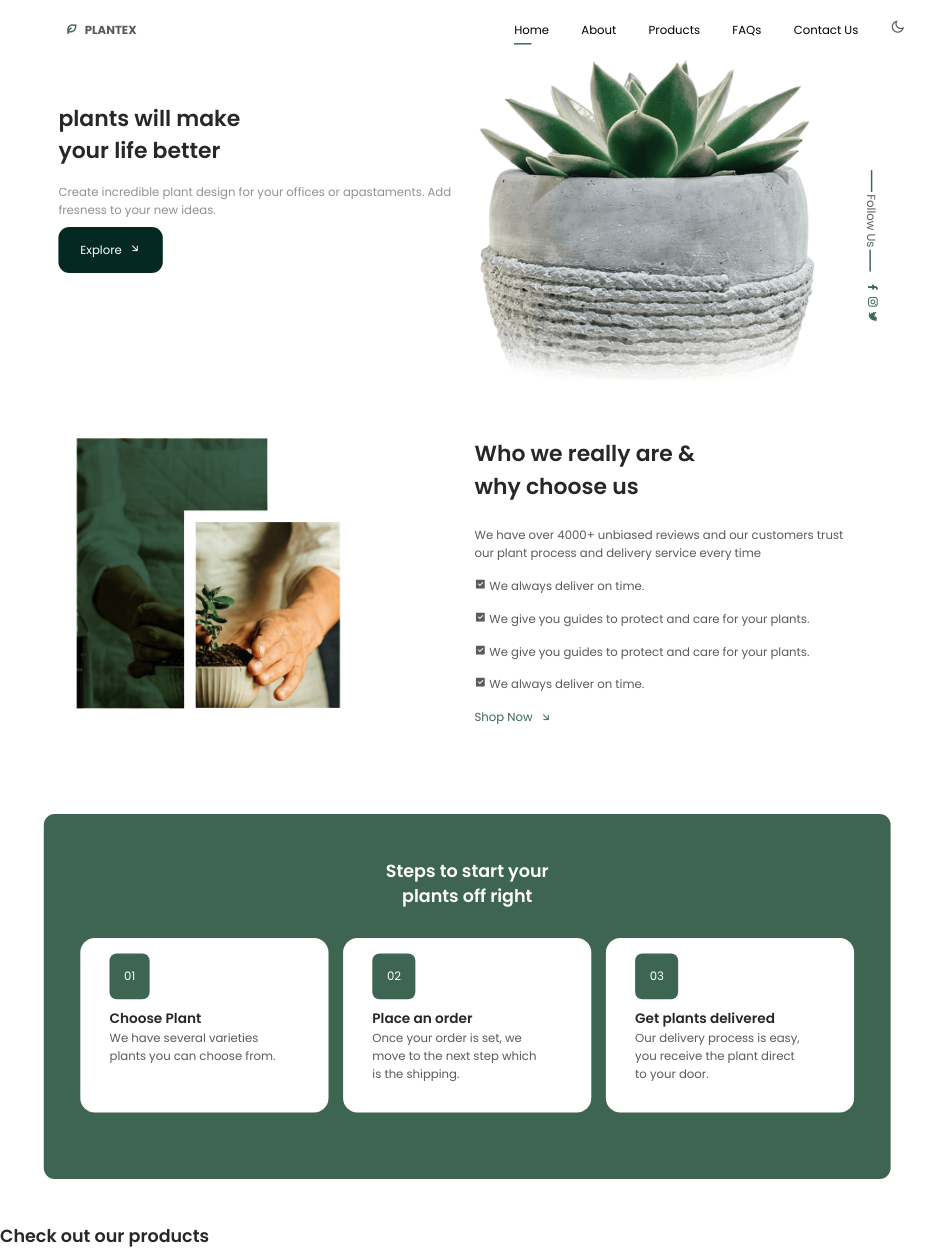
Repository: OmniaRafat232111121/plantwebsite
Page: index.html
These files come from the project's save history. The page is drawn as it stood at one moment and after a run of saves; the edit follows.
The browser window is 1280 px wide. The pictures show the whole page, at 73% of full size.

Above is the page before, as saved 2023-01-05 05:57:57.

### index.html
<!DOCTYPE html>
<html lang="en">
<head>
    <meta charset="UTF-8">
    <meta http-equiv="X-UA-Compatible" content="IE=edge">
    <meta name="viewport" content="width=device-width, initial-scale=1.0">
    <title>plant-website</title>
      <!--icon web-->
    <link rel="shortcut icon" href="assets/img/favicon.png" type="image/x-icon">
    <!--css style-->
    <link rel="stylesheet" href="./assets/css/styles.css">
    <!--remix icon-->
    <link href="https://cdn.jsdelivr.net/npm/remixicon@2.5.0/fonts/remixicon.css" rel="stylesheet">
</head>
<body>
<!--header-->
<header class="header" id="header">
<div class="container-header">
    <a class="nav_logo">
   <i class="ri-leaf-line nav_logo-icon "></i>Plantex
</a>

<nav class="nav_menu" id="nav_menu">
    <ul class="nav_list" id="nav_list">
        <li class="nav_item" id="nav_item">
                            <a href="#home" class="nav_link active-link">Home</a>
                        </li>
                        <li class="nav__item">
                            <a href="#about" class="nav_link">About</a>
                        </li>
                        <li class="nav__item">
                            <a href="#products" class="nav_link">Products</a>
                        </li>
                        <li class="nav__item">
                            <a href="#faqs" class="nav_link">FAQs</a>
                        </li>
                        <li class="nav__item">
                            <a href="#contact" class="nav_link">Contact Us</a>
                        </li>
                        <li class="mood">
       <i class= "ri-moon-line change-theme" id="theme-button"></i>

    </li>



    </ul>

    <div class="nav-close" id="nav_close">
        <i class="ri-close-line"></i>

    </div>
    <div  class="nav-btns">
   <i class= "ri-moon-line change-theme" id="theme-button"></i>
    <div class="nav-toggle" id="navToggle">
      <i class="ri-menu-line"></i>
    </div>
   </div>
    </div>
</nav>
</div>

</header>


    <!--home start-->
    <section class="home" id="home">
        <div class="home-container">
            <div class="left-content">
                <h1 class="home-title">plants will make <br>
                    your life better</h1>
                <p class="home-des">Create incredible plant design for your offices or apastaments. Add fresness to your new ideas.</p>
              <a>Explore<i class="ri-arrow-right-down-line button__icon"></i></a>
            </div>
            <div class="right-content">
            <img src="./assets/img/home.png" alt=""/>
            <div class=social_icons>
                 <span class="home__social-follow">Follow Us</span>

                        <div class="home__social-links">
                            <a href="https://www.facebook.com/" target="_blank" class="home__social-link">
                                <i class="ri-facebook-fill"></i>
                            </a>
                            <a href="https://www.instagram.com/" target="_blank" class="home__social-link">
                                <i class="ri-instagram-line"></i>
                            </a>
                            <a href="https://twitter.com/" target="_blank" class="home__social-link">
                                <i class="ri-twitter-fill"></i>
                            </a>
                        </div>

            </div>

        </div>

    </section>
 <!--home end-->
 <!--about start-->
 <section class="about" id="about">
    <div class="about-container">
        <div class="left-about">
          <img src="./assets/img/about.png" alt="image-about"/>
        </div>
        <div class="right-about">
            <h2 class="about-title">Who we really are &<br>why choose us</h2>
            <p class="about-desc">We have over 4000+ unbiased reviews and our customers trust our plant process and delivery service every time</p>
             <div class="about-deatails">
                <p class="about-description">
                      <i class="ri-checkbox-fill about__details-icon"></i>
                       We always deliver on time.
                </p>
                 <p class="about-description">
                      <i class="ri-checkbox-fill about__details-icon"></i>
                      We give you guides to protect and care for your plants.
                </p>

                 <p class="about-description">
                      <i class="ri-checkbox-fill about__details-icon"></i>
                      We give you guides to protect and care for your plants.
                </p>

                 <p class="about-description">
                      <i class="ri-checkbox-fill about__details-icon"></i>
                       We always deliver on time.
                </p>


             </div>
              <a href="#" class="button-link">
                            Shop Now <i class="ri-arrow-right-down-line button__icon"></i>
                        </a>
        </div>

    </div>

 </section>

 <!--about end-->
 <!--steps start-->
 <section class="steps">
    <div class="steps-container">
        <h2>Steps to start your<br>
            plants off right</h2>
            <div class="about-boxes">
                <div class="box">
                <span>01</span>
                <h3>Choose Plant</h3>
                <p>
                    We have several varieties
                    <br>plants you can choose from.
                </p>
                </div>
                  <div class="box">
                <span>02</span>
                <h3>Place an order</h3>
                <p>
                   Once your order is set, we<br>
                    move to the next step which<br>
                     is the shipping.
                </p>
                </div>

                 <div class="box">
                <span>03</span>
                <h3>Get plants delivered</h3>
                <p>
                   Our delivery process is easy,
                   <br> you receive the plant direct
                   <br>to your door.


                </p>
                </div>
            </div>

    </div>

 </section>
  <!--steps start-->
  <section class="products" id="products">
    <div class="product-container">
        <div class="products-content">
        <h2>Check out our
products</h2>
        </div>

    </div>

  </section>
   <script src="./assets/js/main.js"></script>
</body>
</html>

### assets/css/styles.css
/*=============== GOOGLE FONTS ===============*/
@import url('https://fonts.googleapis.com/css2?family=Poppins:wght@400;500;600;700&display=swap');

/*=============== VARIABLES CSS ===============*/
:root {
  --header-height: 3.5rem; /*56px*/

  /*========== Colors ==========*/
  /*Color mode HSL(hue, saturation, lightness)*/
  --black:#000;
  --green:#3e655e;
  --bold-green:#032922;
  --hue: 152;
  --first-color: hsl(var(--hue), 24%, 32%);
  --first-color-alt: hsl(var(--hue), 24%, 28%);
  --first-color-light: hsl(var(--hue), 24%, 66%);
  --first-color-lighten: hsl(var(--hue), 24%, 92%);
  --title-color: hsl(var(--hue), 4%, 15%);
  --text-color: hsl(var(--hue), 4%, 35%);
  --text-color-light: hsl(var(--hue), 4%, 55%);
  --body-color: hsl(var(--hue), 0%, 100%);
  --container-color: #FFF;

  /*========== Font and typography ==========*/
  /*.5rem = 8px | 1rem = 16px ...*/
  --body-font: 'Poppins', sans-serif;
  --big-font-size: 2rem;
  --h1-font-size: 1.5rem;
  --h2-font-size: 1.25rem;
  --h3-font-size: 1rem;
  --normal-font-size: .938rem;
  --small-font-size: .813rem;
  --smaller-font-size: .75rem;

  /*========== Font weight ==========*/
  --font-medium: 500;
  --font-semi-bold: 600;

  /*========== Margenes Bottom ==========*/
  /*.5rem = 8px | 1rem = 16px ...*/
  --mb-0-5: .5rem;
  --mb-0-75: .75rem;
  --mb-1: 1rem;
  --mb-1-5: 1.5rem;
  --mb-2: 2rem;
  --mb-2-5: 2.5rem;

  /*========== z index ==========*/
  --z-tooltip: 10;
  --z-fixed: 100;
}

/* Responsive typography */
@media screen and (min-width: 968px) {
  :root {
    --big-font-size: 3.5rem;
    --h1-font-size: 2.25rem;
    --h2-font-size: 1.5rem;
    --h3-font-size: 1.25rem;
    --normal-font-size: 1rem;
    --small-font-size: .875rem;
    --smaller-font-size: .813rem;
  }
}

/*=============== BASE ===============*/
*{
  box-sizing: border-box;
  padding: 0;
  margin: 0;
}

html{
  scroll-behavior: smooth;
}

body,
button,
input,
textarea{
  font-family: var(--body-font);
  font-size: var(--normal-font-size);
}

body{
  margin: var(--header-height) 0 0 0;
  background-color: var(--body-color);
  color: var(--text-color);
  transition: .4s; /*For animation dark mode*/
}

button{
  cursor: pointer;
  border: none;
  outline: none;
}

h1,h2,h3{
  color: var(--title-color);
  font-weight: var(--font-semi-bold);
}

ul{
  list-style: none;
}

a{
  text-decoration: none;
}

img{
  max-width: 100%;
  height: auto;
}
/*========== resuable component ==========*/



/*========Header========*/
 header{
  background-color: #fff;
  position: fixed;
  top:0;
  left:0;
  width:100%;
  z-index:1000;
  transition: 0.3s;
}
.container-header{
  display:flex;
  align-items: center;
  justify-content: space-between;
  height:var(--header-height);
  padding:40px;
}
.nav_menu{

}
.nav_logo{
  text-transform: uppercase;
  display:inline-flex;
  align-items: center;
  column-gap: 10px;
  font-weight: bold;
  margin-left: 50px;
  cursor: pointer;
}
.nav_logo:hover{
  color:var(--green);
}
.nav_logo-icon{
   color:var(--green);
}
.nav_logo i:hover{
  color:var(--black);
}
nav ul li {
  display: inline-block;
  cursor: pointer;
  margin-left: 40px;
}
nav ul li a{
  color:var(--black);


}
.nav-btns{
  display: none;
}
.mood{
  margin-left: 40px;
  font-size: 20px;

}

.nav-close
{

  font-size: 1.5rem;
  position: relative;
  top: 70px;
  right: 1.25rem;
  cursor: pointer;
  display: none;


}

.nav-btns{
  font-size: 20px;
  cursor: pointer;
}
.active-link{
  position: relative;
  color: var(--black);
}
.active-link::after{
  content: '';
  position: absolute;
  bottom: -8px;
  left: 0;
  width: 50%;
  height: 2px;
  background-color: var(--green);
}
.nav_link:hover{
 color: var(--green);
 transition: 0.3s;
}
@media screen and (max-width: 767px){
.nav_list{
display: none;
}
.nav_logo{
  margin-left: -10px;
}

.nav-btns{
  display:inline-flex;
  align-items: center;
  column-gap: 20px;
  font-weight: bold;
  margin-right: -10px;
  cursor: pointer;
}

  .show-menu{

     position: fixed;
    background-color:#fff;
    width: 100%;
    height: 50%;
    top: 80px;
    right: 0px;
    transition: .3s;
    z-index: 1000;
    display:grid;
    justify-content: center;
    text-align: center;

 padding: 10px;




  }
  .show-menu {

  }
  .show-menu .mood .ri-moon-line{
    display: none;
  }




}

/*=====home======*/
.home{
  padding: 0 80px;
  position:relative;

}
.home-container{
display:grid;
grid-template-columns: repeat(auto-fit, minmax(250px, 1fr));
grid-gap:30px;
margin-top: 70px;

}
.home-container .left-content{
  margin-top: 70px;
}
.home-container .left-content .home-title{
  font-size: 30px;
}
.home-container .left-content .home-des{
  color:rgb(145, 145, 145);
  margin-top: 20px;
  margin-bottom: 30px;
}
.home-container .left-content a{
  background-color: var(--bold-green);
  color:#fff;
  padding:20px 30px;
  border-radius: 15px;

}
.home-container .left-content  i{
  margin-left: 10px;
}
.right-content img{
  max-width: 100%;
  width:85%;
  justify-self: center;
}

.social_icons{
  position: absolute;
  top: 220px;
  right: 50px;
  display: grid;
  justify-items: center;
  row-gap: 3.5rem;

}
.home__social-links {
  margin-top: 30px;

}
.home__social-links a{
 color:var(--green);
}
.home__social-links a:hover{
color:var(--black);
}
.home__social-follow{
  position:relative;
  transform: rotate(90deg);
}
.home__social-follow::before{
content: '';
  position: absolute;
  width: 30px;
  height: 2px;
  background-color: var(--green);
  right: -45%;
  top: 50%;
}
.home__social-follow::after{
content: '';
  position: absolute;
  width: 30px;
  height: 2px;
  background-color: var(--green);
  left: -45%;
  bottom: 50%;
}
.home__social-links{
    transform: rotate(90deg);
}
.left-content a:hover{
  background-color:#032922;
  color: #fff;
  cursor: pointer;

}
/*======about=======*/
.about{
  position: relative;
  padding:60px 100px;
}
.about-container{
  display:grid;
grid-template-columns: repeat(auto-fit, minmax(300px, 1fr));
grid-gap:20px;

}
.about-container .left-about img{
  max-width: 100%;
  width:70%;
}
.about-container .right-about .about-title{
  font-size: 30px;
  margin-bottom: 30px;

}
.about-container .right-about .about-desc{
  margin-bottom:20px;

}
.about-container .right-about .about-deatails .about-description{
  padding-bottom: 20px;
}
.about-container .button-link{
  color:var(--green);

}
.about-container .button-link{
  display:inline-flex;
  align-items: center;
  column-gap: 10px;

 color:var(--green);
  cursor: pointer;
}
.about-container .button-link:hover i{

color: var(--bold-green);

}
@media(max-width:767px){
  .right-about.about-title h2{
    font-size: 10px;

  }
  .right-about{
    font-size: 16px;

  }
  .about-container{
    margin-top: 30px;
  }
}
/*=======change-header========*/
.change-header{
  background-color: #3e655e;
  color:#fff;
}
.change-header .nav_logo i{
  color:#fff;
}
.change-header .nav_logo:hover{
  color:var(--bold-green);
}
.change-header .nav_link:hover{
  color:#fff;
}
/*======steps=======*/

.steps{
  position:relative;
  padding:60px;

}
.steps-container{
  width:100%;
 padding:20px 50px;
  background-color: #3e6553;
  border-radius: 15px;
  height:500px;
}
.steps-container h2{
  text-align: center;
  padding-top: 40px;
  color:#fff;
}
.about-boxes{
  display:grid;
grid-template-columns: repeat(auto-fit, minmax(300px, 1fr));
grid-gap:20px;
margin-top: 40px;

}
.about-boxes .box{
background-color: #fff;
   padding: 40px 40px;
   border-radius: 20px;

}
.about-boxes .box span{
  background-color: #3e6553 ;
  padding:20px;
  color:#fff;
  margin-bottom: 40px;
  border-radius: 10px;
  cursor: pointer;
  transition: 0.3s;


}

.box span:hover{

  color:#fff;
  background-color: #032922;


}
.about-boxes .box h3{
  margin-top: 30px;
}
/* .about-boxes .box:last-child{
  margin-right: 10px;
} */
@media(max-width:767px){

.steps-container{
  width:100%;
 padding:20px 50px;
  background-color: #3e6553;
  border-radius: 15px;
  height:1100px;
}
.about-boxes{
  display:grid;
grid-template-columns: repeat(auto-fit, minmax(200px, 1fr));
grid-gap:20px;
margin-top: 40px;

}
.about-boxes .box{

   padding: 30px;


}
}

### assets/js/main.js
let navMenu = document.getElementById('nav_menu');
let navList = document.getElementById('nav_list');
let navItem = document.getElementById('nav ul li');
let closeButton = document.getElementById('nav_close');
let navToggle = document.getElementById('navToggle');
const header = document.getElementById('header');
navToggle.addEventListener('click', function () {
    navList.classList.toggle('show-menu');


})
/*change background header*/
window.addEventListener('scroll', function () {
   header.classList.toggle("change-header",window.scrollY > 40)
})

After the next 2 saves:
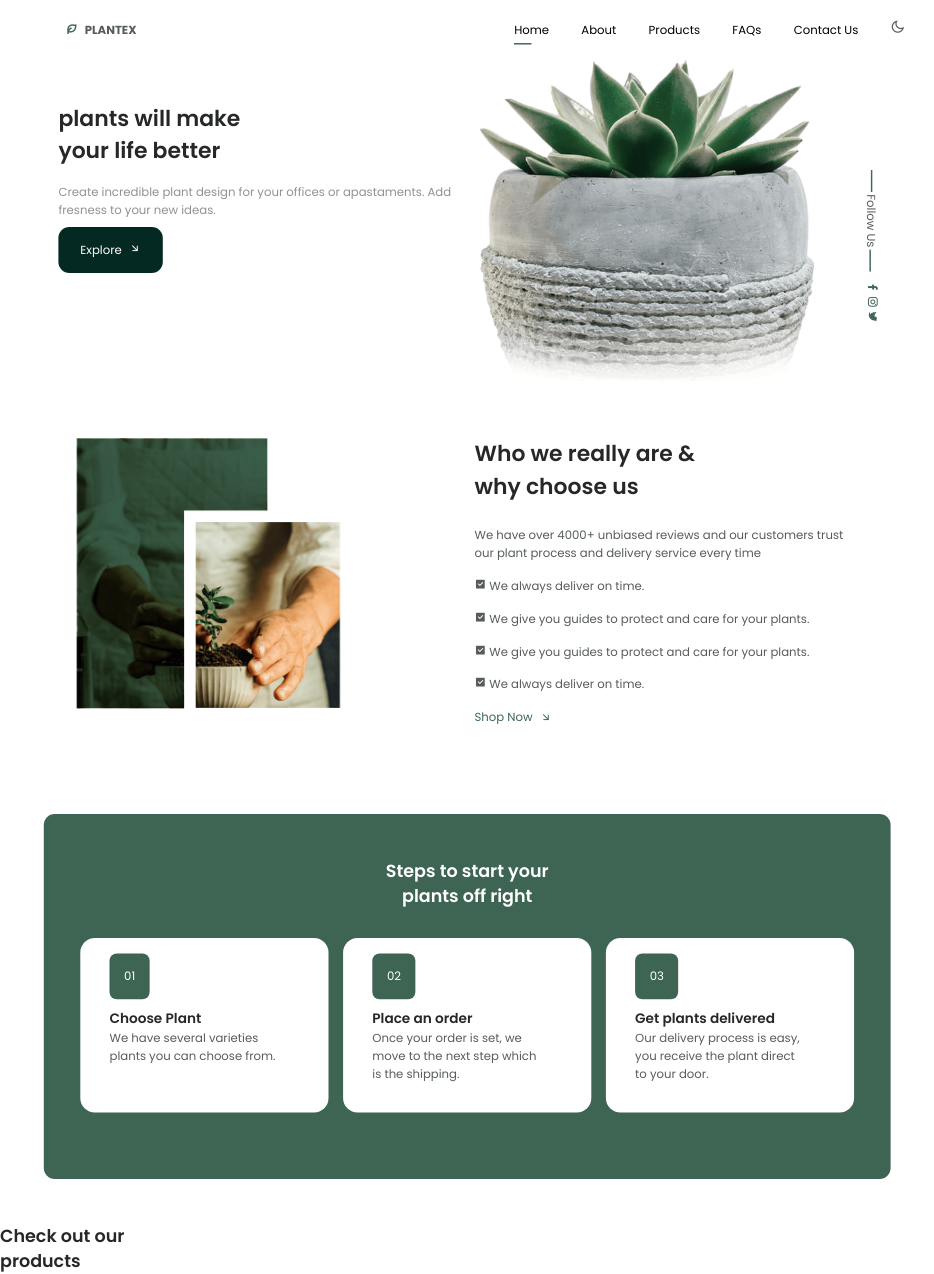
The 2 saves are shown as one change because they came seconds apart.
The last was saved 9 s later.
--- a/index.html
+++ b/index.html
@@ -181,7 +181,7 @@
     <div class="product-container">
         <div class="products-content">
         <h2>Check out our
-products</h2>
+            <br>products</h2>
         </div>
 
     </div>
